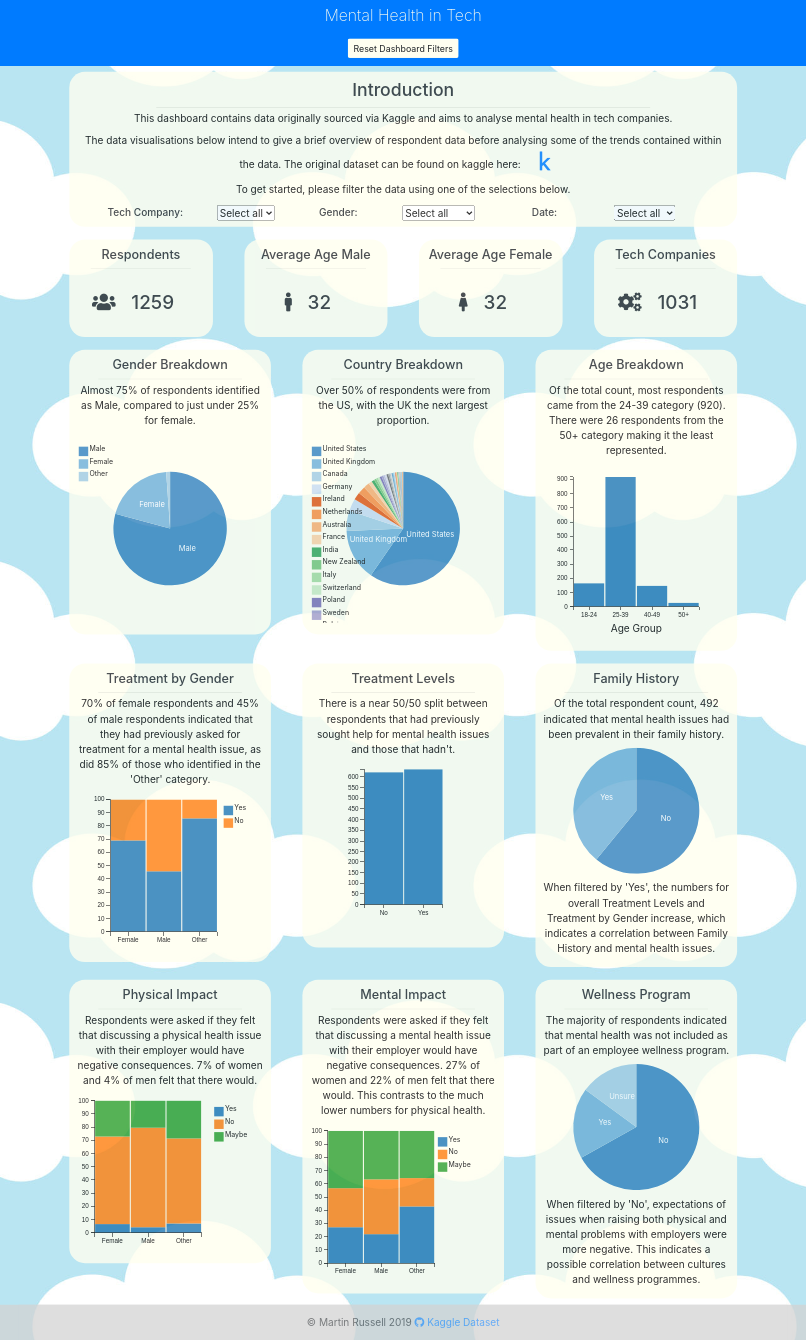
Repository: martingr1/mhdashboard
Page: index.html
The author's editor kept a record of every edit. The page is drawn from the files as they stood at one moment, then again after the next edit.
The browser window is 1280 px wide. The pictures show the whole page, at 63% of full size.
Some web libraries are served in a nearby version.

Above is the page before.

After the next edit:
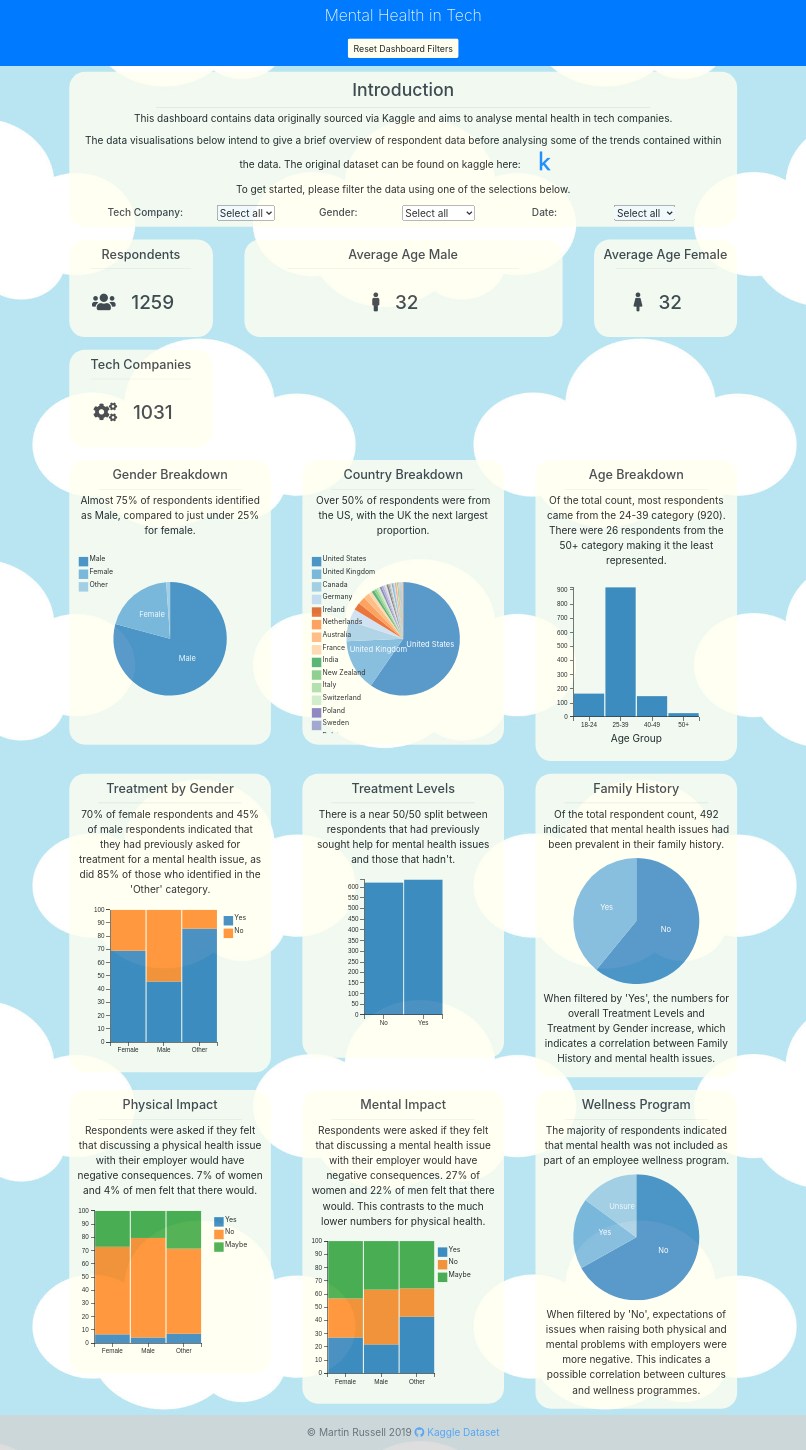
The edit:
--- a/index.html
+++ b/index.html
@@ -76,7 +76,7 @@
                     </div>
                 </div>
             </div>
-            <div class="col-xs-12 col-md-3">
+            <div class="col-xs-12 col-md-6">
                 <div class="content-box">
                     <h5 class="header">Average Age Male</h5>
                     <hr class="line">
